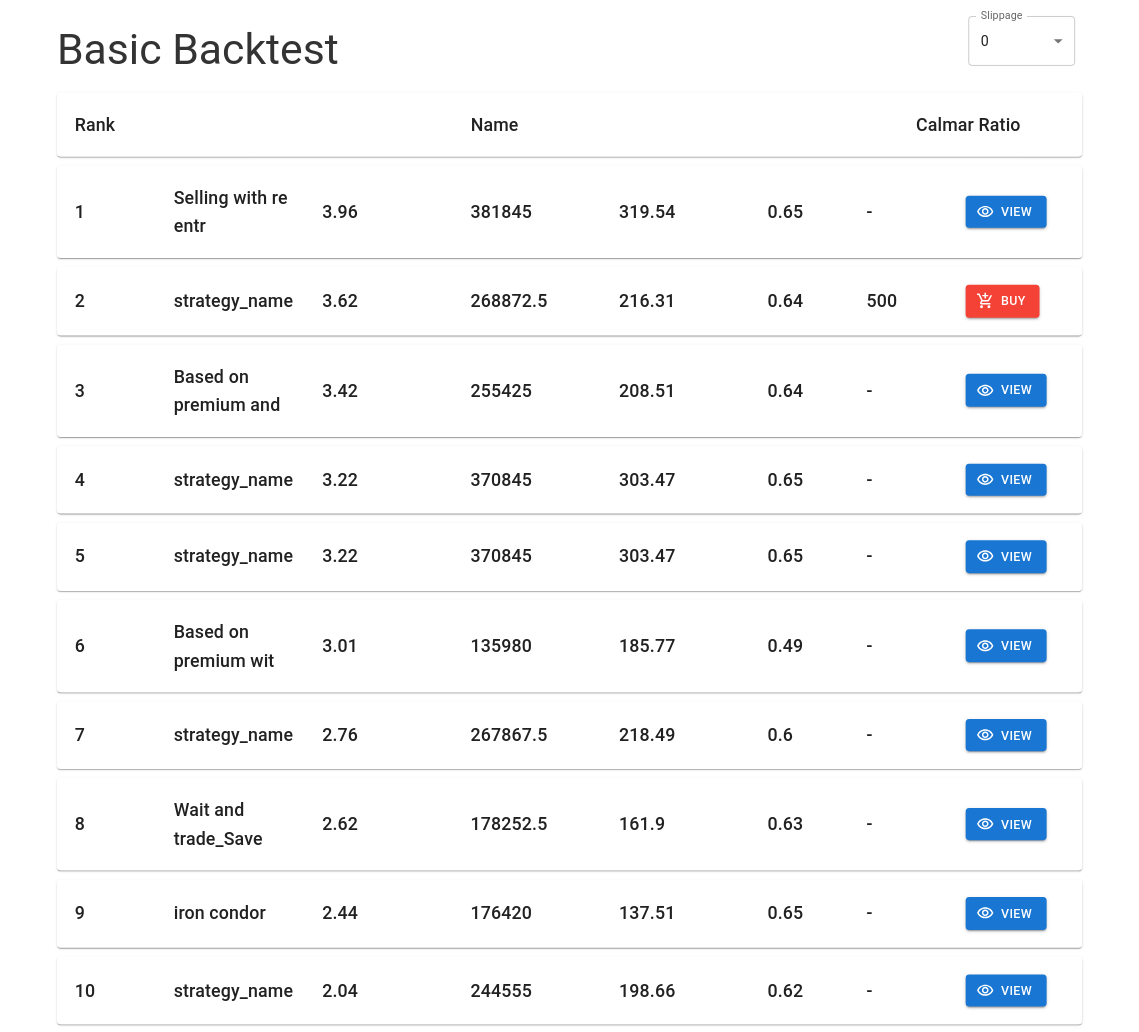
Repository: PraTEEkgUpTa2/Leaderboard
Page: /
The author's editor kept a copy of each file at every save. The page is drawn from the files as they stood at one save, then again after the next save.
The browser window is 1280 px wide. The pictures show the whole page, at 89% of full size.
The project was rebuilt for these pictures with package versions that can differ from the ones it lists, and the page was loaded fresh each time. Also part of the build but not shown: src/App.css.

Above is the page before, as saved 2024-05-28 13:54:10.

After the next save:
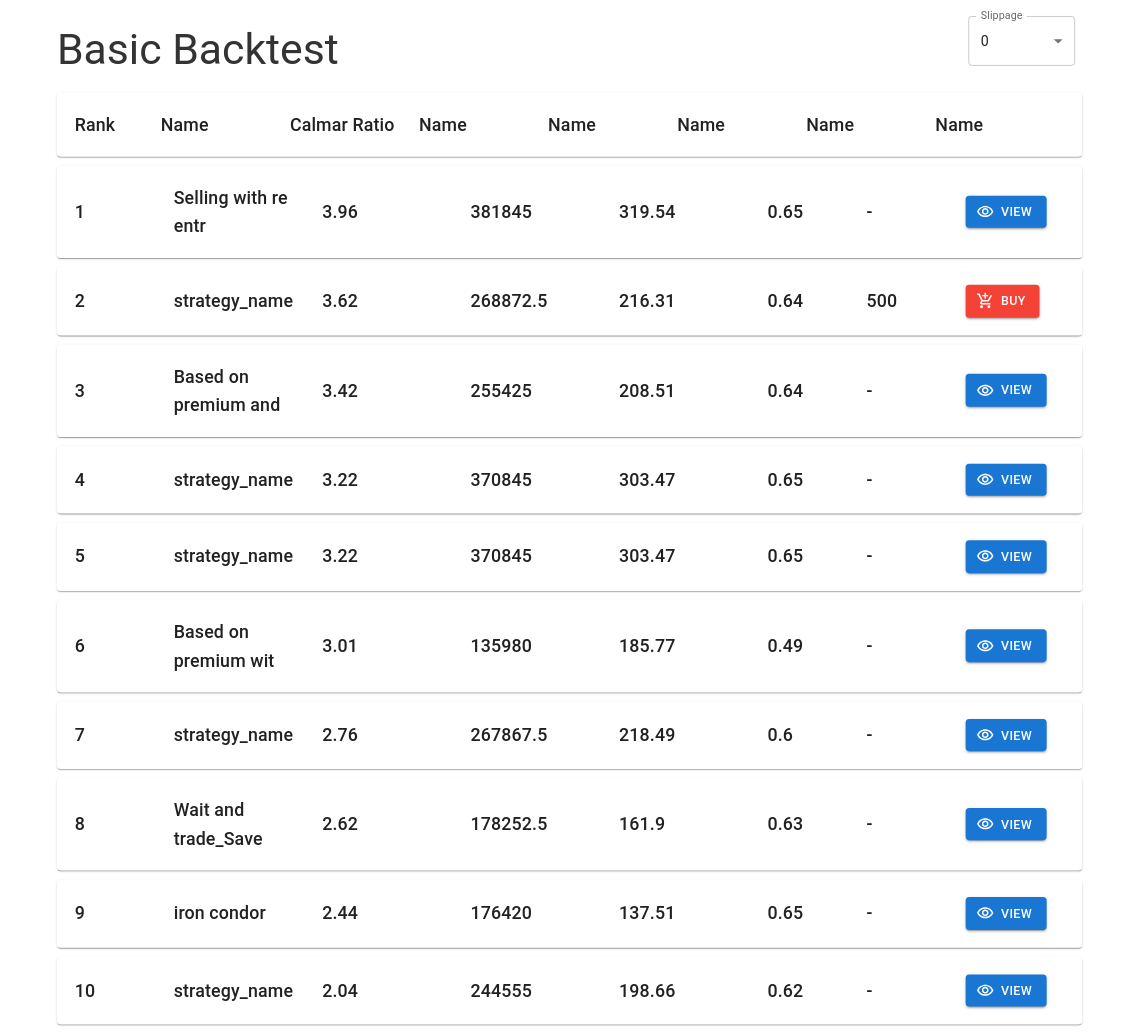
Saved 39 s later.
--- a/src/Leaderboard.js
+++ b/src/Leaderboard.js
@@ -93,6 +93,21 @@ const Leaderboard = () => {
             <Box flexBasis="15%">
               <Typography variant="h6">Calmar Ratio</Typography>
             </Box>
+            <Box flexBasis="15%">
+              <Typography variant="h6">Name</Typography>
+            </Box>
+            <Box flexBasis="15%">
+              <Typography variant="h6">Name</Typography>
+            </Box>
+            <Box flexBasis="15%">
+              <Typography variant="h6">Name</Typography>
+            </Box>
+            <Box flexBasis="15%">
+              <Typography variant="h6">Name</Typography>
+            </Box>
+            <Box flexBasis="15%">
+              <Typography variant="h6">Name</Typography>
+            </Box>
             </Tab>
         {data.map((row) => (
           <Tab key={row.Rank} onClick={() => handleRowClick(row)}>
